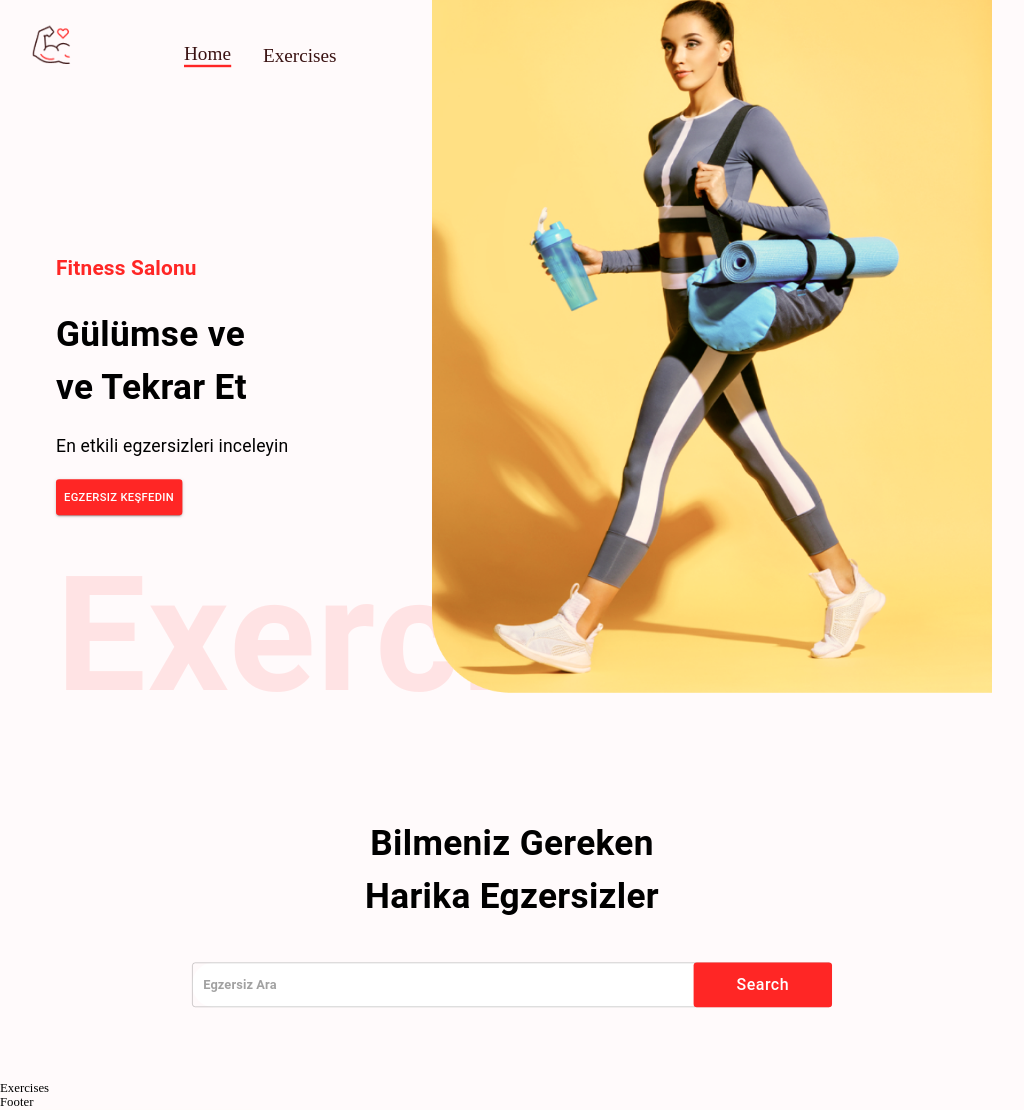
Repository: Kubraaygun/Gym_App
Page: /
An editor plug-in stored every save of this project. The page is shown before and after the next save, followed by the edit.
The browser window is 1280 px wide. The pictures show the whole page, at 80% of full size.
The page's requests for data from a server got no answer. The project was rebuilt for these pictures with package versions that can differ from the ones it lists, and the page was loaded fresh each time. No one was signed in, and anything a server would have sent is missing. Also part of the build but not shown: src/pages/ExerciseDetail.js.

Above is the page before, as saved 2025-01-26 00:59:44.

After the next save:
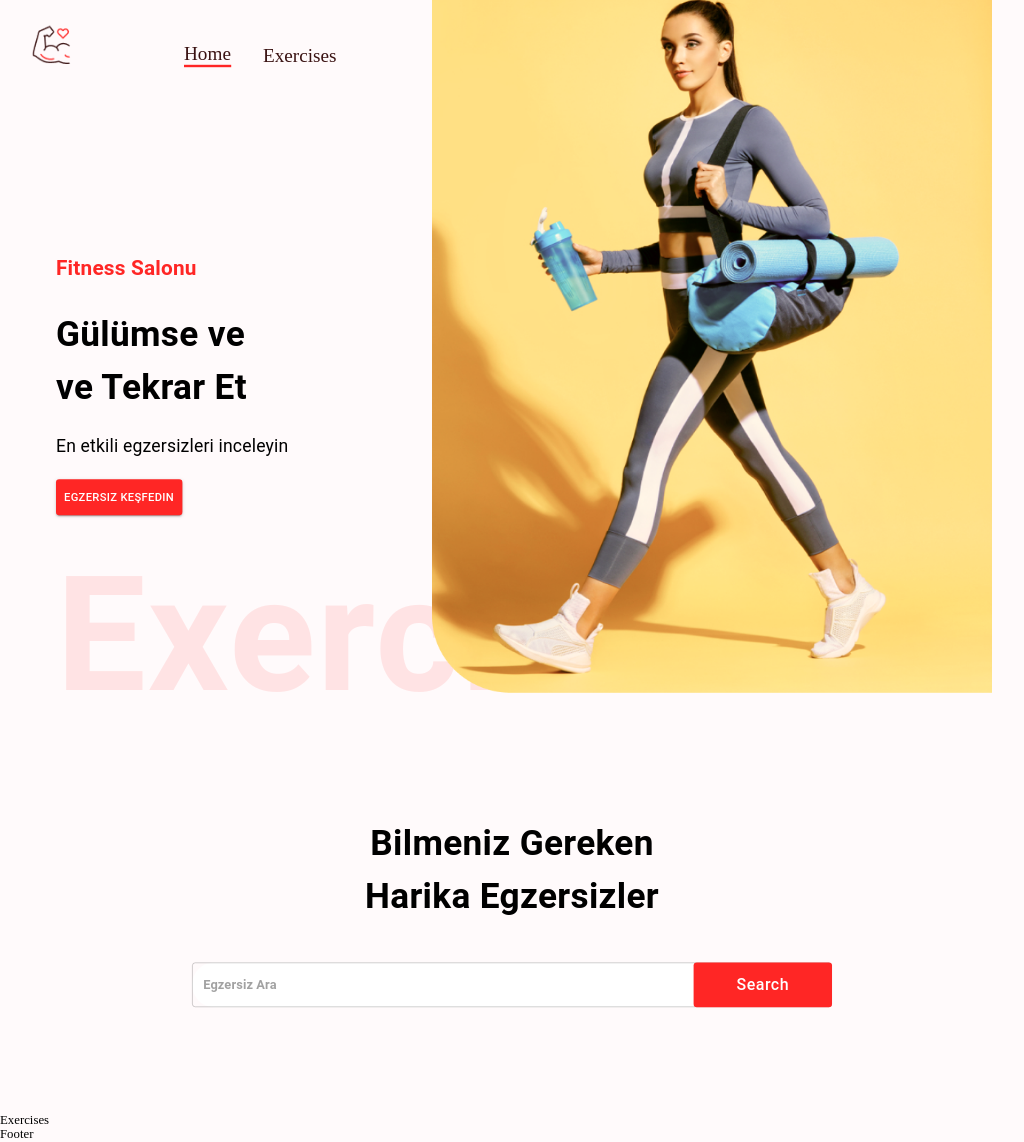
Saved 15 s later.
--- a/src/components/SearchExercises.js
+++ b/src/components/SearchExercises.js
@@ -77,7 +77,7 @@ const SearchExercises = () => {
         </Button>
       </Box>
 
-      <Box sx={{ position: "relative", width: "100%" }}></Box>
+      <Box sx={{ position: "relative", width: "100%", p: "20px" }}></Box>
     </Stack>
   );
 };
